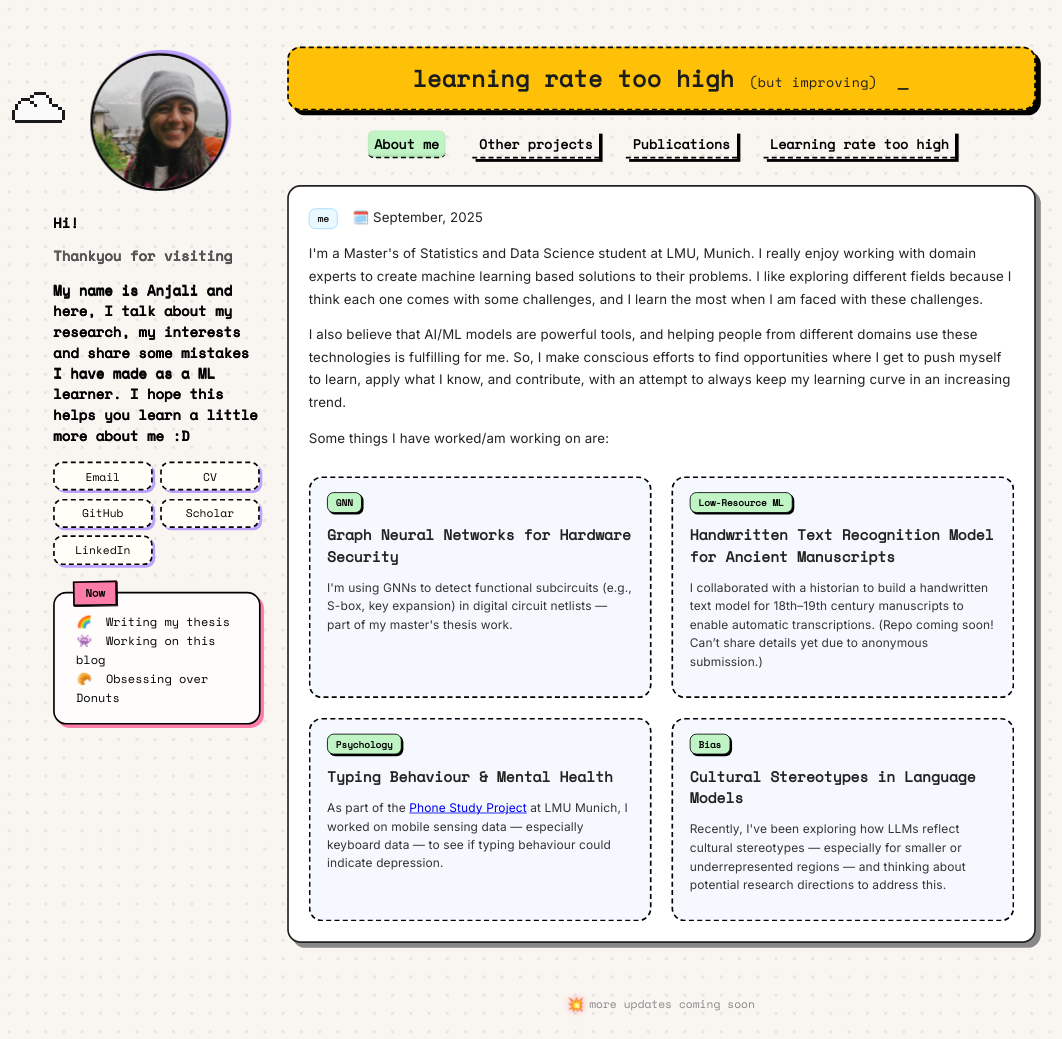
Repository: anjalisarawgi/learning_rate_too_high
Page: index.html
An editor plug-in stored every save of this project. The page is shown before and after a run of saves, followed by the edit.
The browser window is 1280 px wide. The pictures show the whole page, at 83% of full size.

Above is the page before, as saved 2025-11-04 16:49:48.

After the next 2 saves:
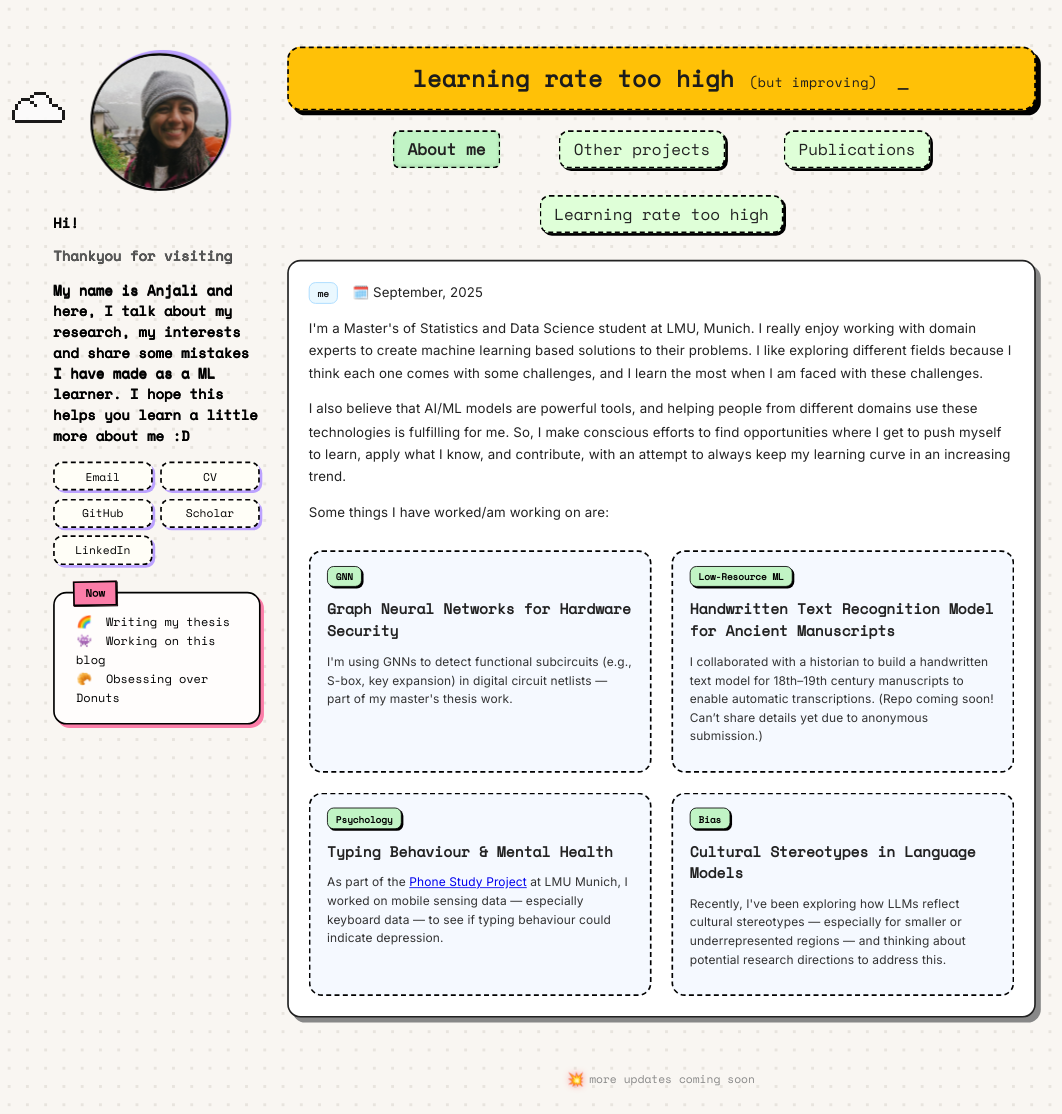
The 2 saves are shown as one change because they came seconds apart.
The last was saved 13 s later.
--- a/index.html
+++ b/index.html
@@ -64,20 +64,26 @@
     }
 
     nav a {
+  display: inline-block;
+  margin: 0 1.2rem;
+  padding: 0.4rem 1rem;
+  font-family: 'Space Mono', monospace;
+  font-size: 1.2rem;
+  color: #222;
+  background-color: #dfffd8; /* soft minty background */
+  border: 2px dashed #000; /* darker, more visible border */
+  border-radius: 12px;
   text-decoration: none;
-  color: #000;
-  font-weight: bold;
-  border-bottom: 2px dashed #000;
-  padding: 0.25rem 0.5rem;
-  transition: all 0.2s ease;
+  box-shadow: 3px 3px 0 #000; /* gives a subtle comic depth */
+  transition: all 0.15s ease-in-out;
+}
+
+nav a:hover {
+  background-color: #b9fbc0; /* brighter on hover */
+  transform: translateY(-2px);
   box-shadow: 4px 4px 0 #000;
 }
 
-nav a:hover {
-  background: #A9E6AE; /* slightly darker green */
-  border-radius: 0.5rem;
-  transform: scale(1.05);
-}
 
 nav a.active {
   background: #C1F4C5; /* light green */

After the save that followed:
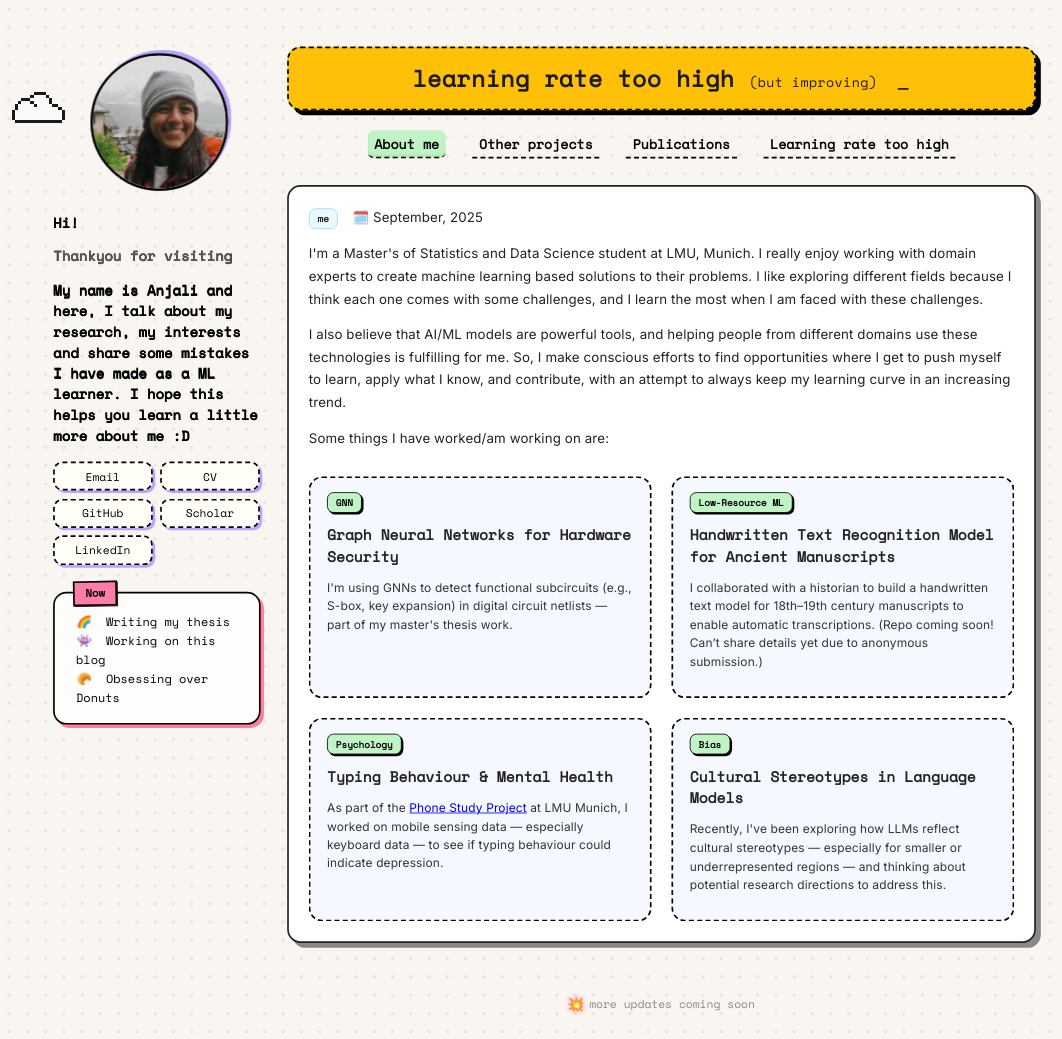
Saved 7 s later.
--- a/index.html
+++ b/index.html
@@ -64,26 +64,19 @@
     }
 
     nav a {
-  display: inline-block;
-  margin: 0 1.2rem;
-  padding: 0.4rem 1rem;
-  font-family: 'Space Mono', monospace;
-  font-size: 1.2rem;
-  color: #222;
-  background-color: #dfffd8; /* soft minty background */
-  border: 2px dashed #000; /* darker, more visible border */
-  border-radius: 12px;
   text-decoration: none;
-  box-shadow: 3px 3px 0 #000; /* gives a subtle comic depth */
-  transition: all 0.15s ease-in-out;
+  color: #000;
+  font-weight: bold;
+  border-bottom: 2px dashed #000;
+  padding: 0.25rem 0.5rem;
+  transition: all 0.2s ease;
 }
 
 nav a:hover {
-  background-color: #b9fbc0; /* brighter on hover */
-  transform: translateY(-2px);
-  box-shadow: 4px 4px 0 #000;
-}
-
+  background: #A9E6AE; /* slightly darker green */
+  border-radius: 0.5rem;
+  transform: scale(1.05);
+}
 
 nav a.active {
   background: #C1F4C5; /* light green */
